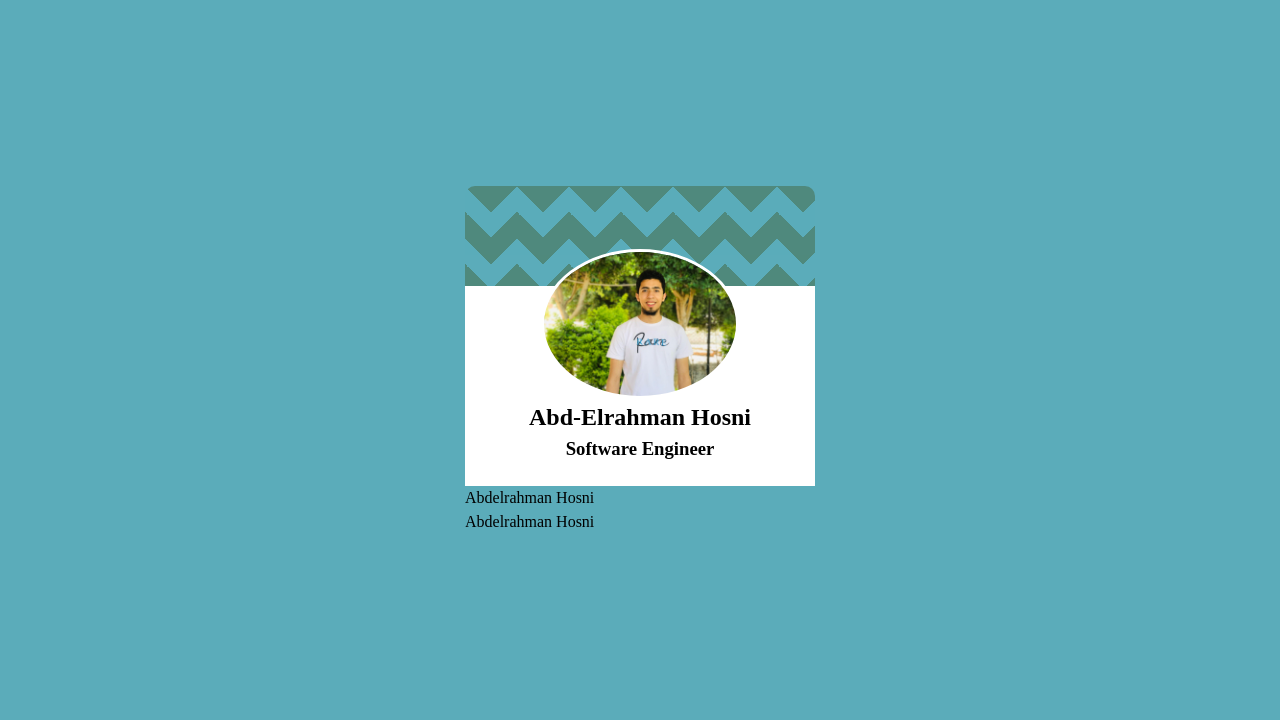
Repository: Abdo-Hosni123/Html-and-css-projects
Page: index.html
An editor plug-in stored every save of this project. The page is shown before and after the next save, followed by the edit.
The browser window is 1280 px wide. The pictures show the whole page.

Above is the page before, as saved 2023-12-06 00:14:39.

### index.html
<!doctype html>
<html lang="en">
  <head>
    <meta charset="UTF-8" />
    <meta name="viewport" content="width=device-width, initial-scale=1.0" />
    <title>Abd-Elrahman Honsi's profile component</title>
    <link rel="stylesheet" href="Style.css" />
  </head>
  <body>
    <div class="container">
      <article class="card">
        <div class="top"></div>
        <div class="middle">
          <img
            src="./assets/mypicture.jpg"
            alt="picture of Abdelrahman Hosni"
            class="card-img"
          />
          <h1 class="middle-title">Abd-Elrahman Hosni</h1>
          <h3 class="middle-des">Software Engineer</h3>
        </div>
        <div class="bottom">
          <div class="colum">
            <div class="icons"></div>
            <div class="username">Abdelrahman Hosni</div>
          </div>
          <div class="colum">
            <div class="icons"></div>
            <div class="username">Abdelrahman Hosni</div>
          </div>
        </div>
      </article>
    </div>
  </body>
</html>

### Style.css

*, *::before, *::after {
box-sizing: border-box;
}
* {
margin: 0;
}
body {
line-height: 1.5;
-webkit-font-smoothing: antialiased;
}

img, picture, video, canvas, svg {
display: block;
max-width: 100%;
}

input, button, textarea, select {
font: inherit;
}

p, h1, h2, h3, h4, h5, h6 {
overflow-wrap: break-word;
}

#root, #__next {
isolation: isolate;
}
.container{
    display: flex;
    align-items: center;
    justify-content: center;
    min-height: 100vh;
    background-color: #5bacba;

}
.card {
    display: flex;
    flex-direction: column;
    min-width: 350px;
    border-radius: 10px;
    overflow: hidden;
}
.top {
    height: 100px;
    background-color: #e5e5f7;
    opacity: 0.8;
   background-color: #5bacba;
opacity: 0.5;
background-image:  linear-gradient(135deg, #446740 25%, transparent 25%), linear-gradient(225deg, #446740 25%, transparent 25%), linear-gradient(45deg, #446740 25%, transparent 25%), linear-gradient(315deg, #446740 25%, #5bacba 25%);
background-position:  26px 0, 26px 0, 0 0, 0 0;
background-size: 52px 52px;
background-repeat: repeat;
    z-index: 1;
}
.middle{
    display: flex;
    flex-direction: column;
    justify-content: center;
    align-items: center;
    background-color: white;
    height: 200px;
}
.card-img{
    margin-top: -60px;
    border-radius: 50%;
    border: 3px solid white;
    height: 150px;
    z-index: 2;

}

After the next save:
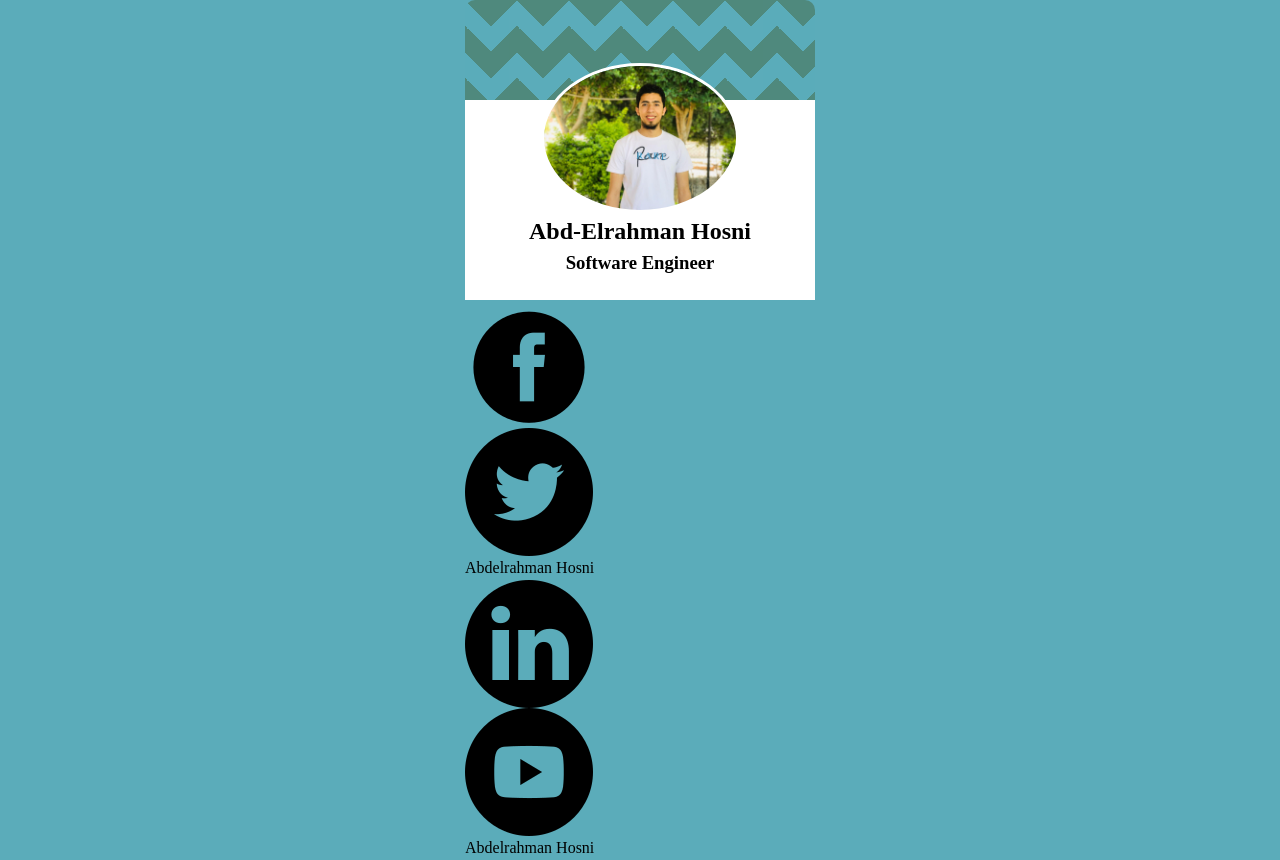
Saved 3 min 3 s later.
--- a/index.html
+++ b/index.html
@@ -21,11 +21,17 @@
         </div>
         <div class="bottom">
           <div class="colum">
-            <div class="icons"></div>
+            <div class="icons">
+              <img src="/assets/facebook.png" alt="picture of facebook" />
+              <img src="/assets/twitter.png" alt="picture of twitter" />
+            </div>
             <div class="username">Abdelrahman Hosni</div>
           </div>
           <div class="colum">
-            <div class="icons"></div>
+            <div class="icons">
+              <img src="/assets/linkedin.png" alt="picture of linkedin " />
+              <img src="/assets/youtube.png" alt="picture of  " />
+            </div>
             <div class="username">Abdelrahman Hosni</div>
           </div>
         </div>
